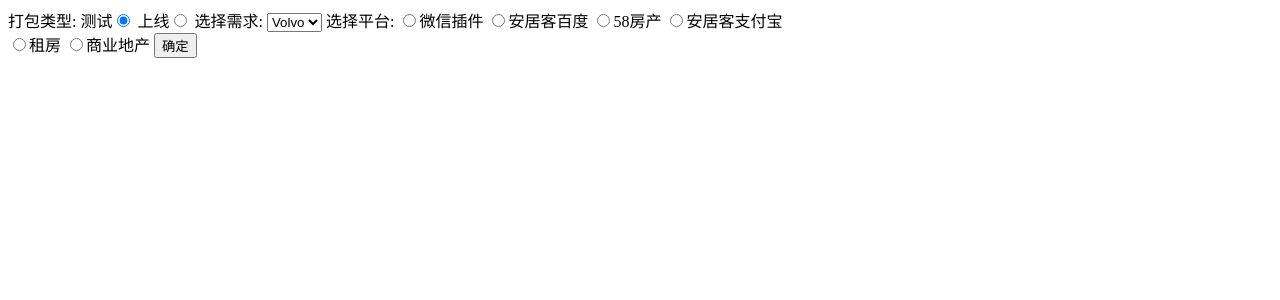
Repository: wt0528/miniprogram-center
Page: src/views/packagebuild.html
These files come from the project's save history. The page is drawn as it stood at one moment and after the next save; the edit follows.
The browser window is 1280 px wide. The pictures show the whole page.

Above is the page before, as saved 2020-08-25 14:53:19.

After the next save:
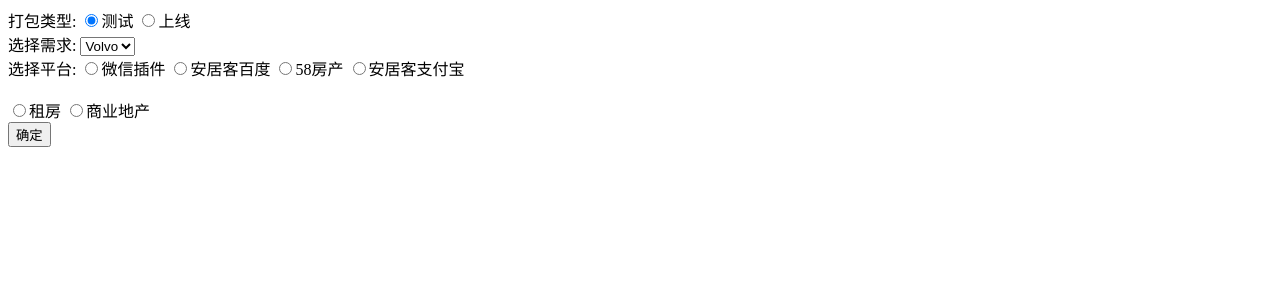
Saved 2 min 0 s later.
--- a/src/views/packagebuild.html
+++ b/src/views/packagebuild.html
@@ -6,13 +6,16 @@
 </head>
 <body>
     <form method="post">
-        打包类型:  测试<input type="radio" name="forTest" checked>  上线<input type="radio" name="forOnline">
+        打包类型:  <input type="radio" name="buildType" value="forTest" checked>测试
+                  <input type="radio" name="buildType" value="forOnline">上线
+                  <br>
         选择需求: <select name="selectedDemand">
                     <option value="volvo">Volvo</option>
                     <option value="saab">Saab</option>
                     <option value="opel">Opel</option>
                     <option value="audi">Audi</option>
                  </select>
+                 <br>
         选择平台: <input name="platform" value="wxPlugin" type="radio" onclick='showSecondPlatform(this, "wxPlugin")'/>微信插件
                  <input name="platform" value="baidu" type="radio" onclick='showSecondPlatform(this, "baidu")'/>安居客百度
                  <input name="platform" value="fangchan" type="radio" onclick='showSecondPlatform(this, "fangchan")'/>58房产
@@ -22,11 +25,13 @@
                     <input name="secondPlatform" value="wb" type="radio"/>58
                     <input name="secondPlatform" value="ajk" type="radio"/>ajk
                  </block>
+                 <br>
 
                  <block id="zfBussiness">
                     <input name="secondPlatform" value="zufang" type="radio"/>租房
                     <input name="secondPlatform" value="bussiness" type="radio"/>商业地产
                  </block>
+                 <br>
 
         <button type="submit">确定</button>
     </form>
